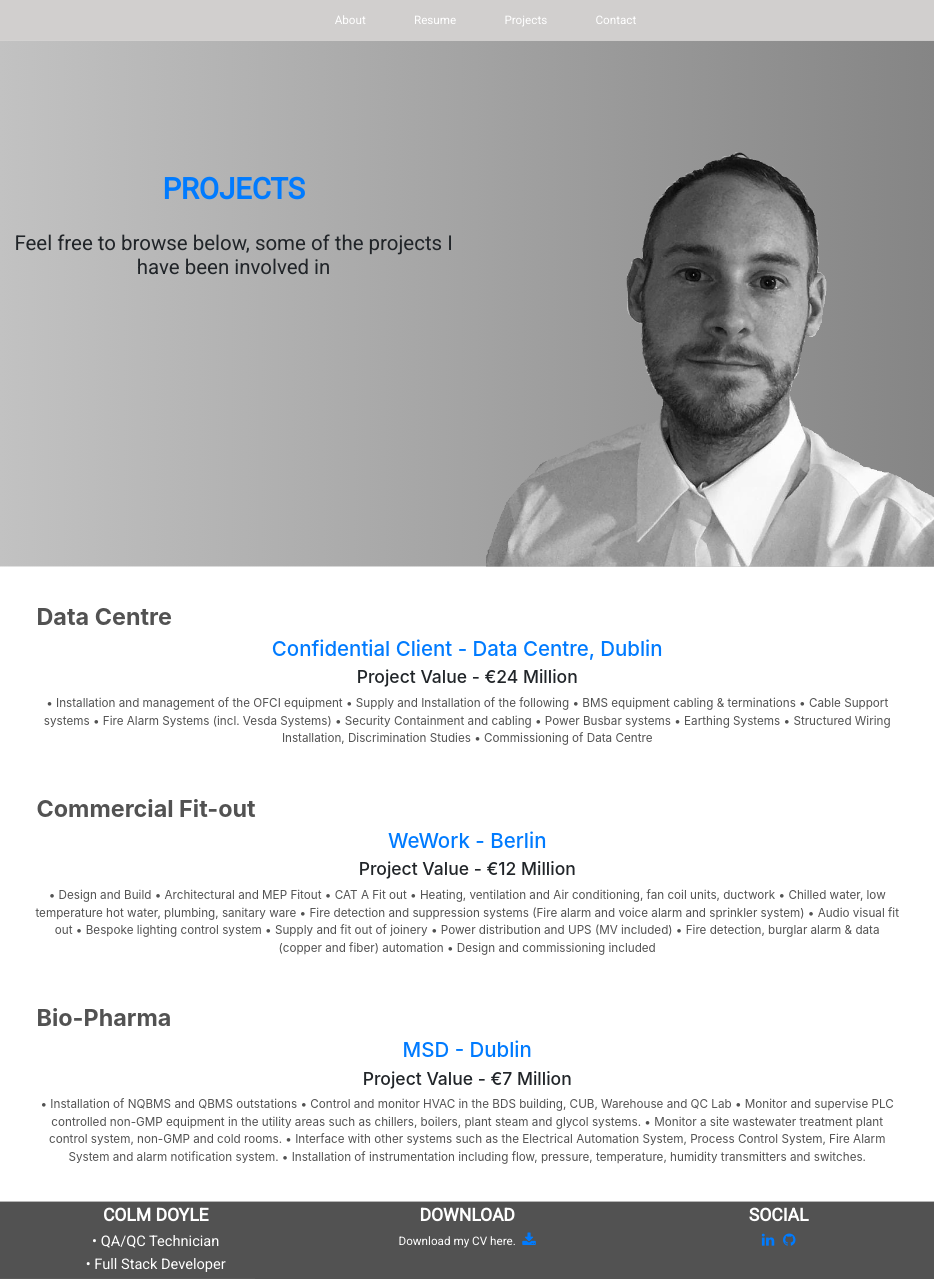
Repository: Code-Institute-Submissions/collyd21-milestone1
Page: projects.html
The author's editor kept a record of every edit. The page is drawn from the files as they stood at one moment, then again after the next edit.
The browser window is 1280 px wide. The pictures show the whole page, at 73% of full size.

Above is the page before.

After the next edit:
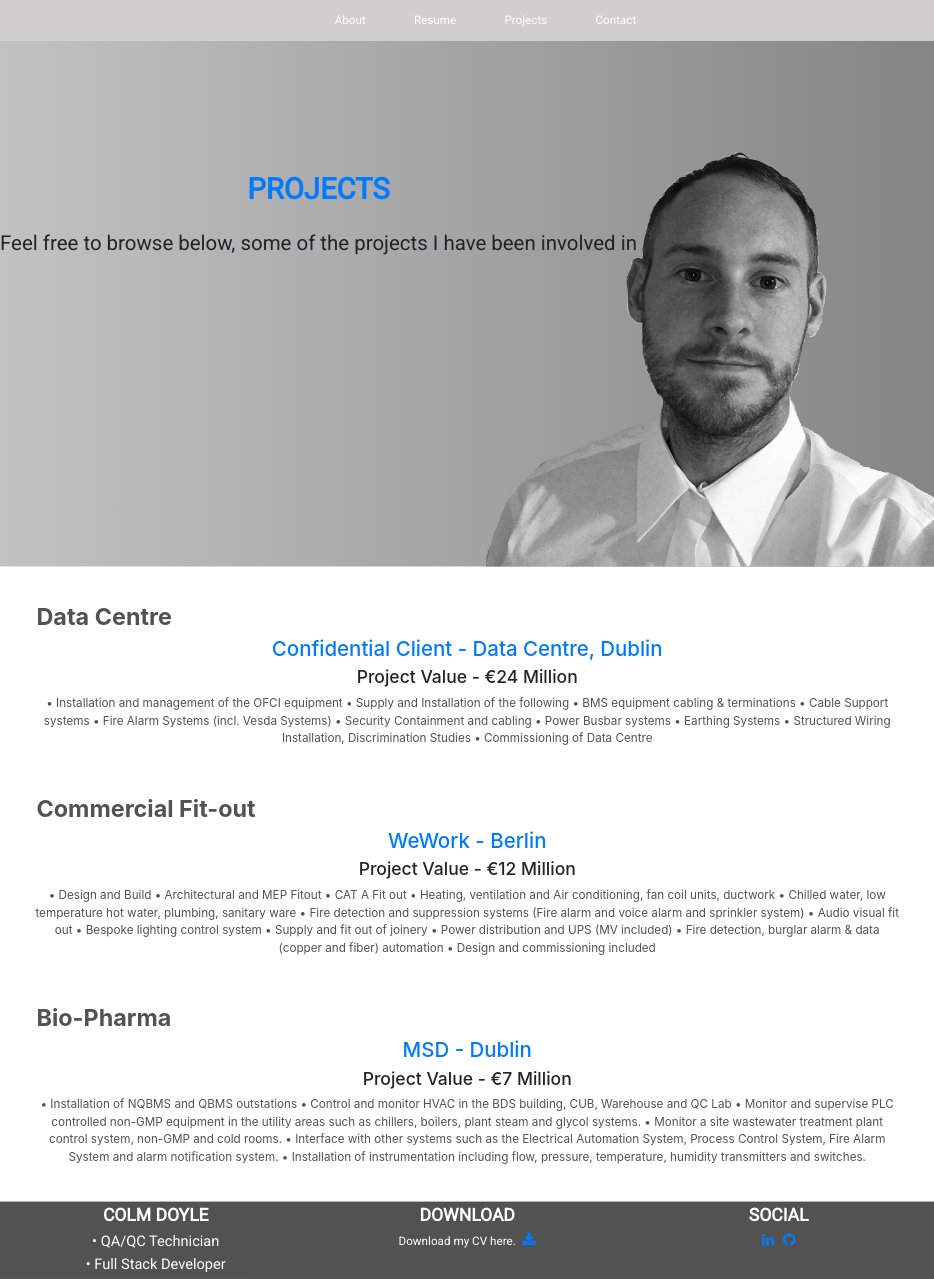
The edit:
--- a/projects.html
+++ b/projects.html
@@ -42,7 +42,7 @@
     <header class="jumbotron-fluid" id="main-view">
         <div class="container-fluid no-gutters">
             <div class="row">
-                <div class="col-6 heading" id="projects">
+                <div class="col-6-sm" id="projects">
                     <h1 class="uppercase-jumbo">Projects</h1>
                     <br>
                     <h3>Feel free to browse below, some of the projects I have been involved in</h3>
